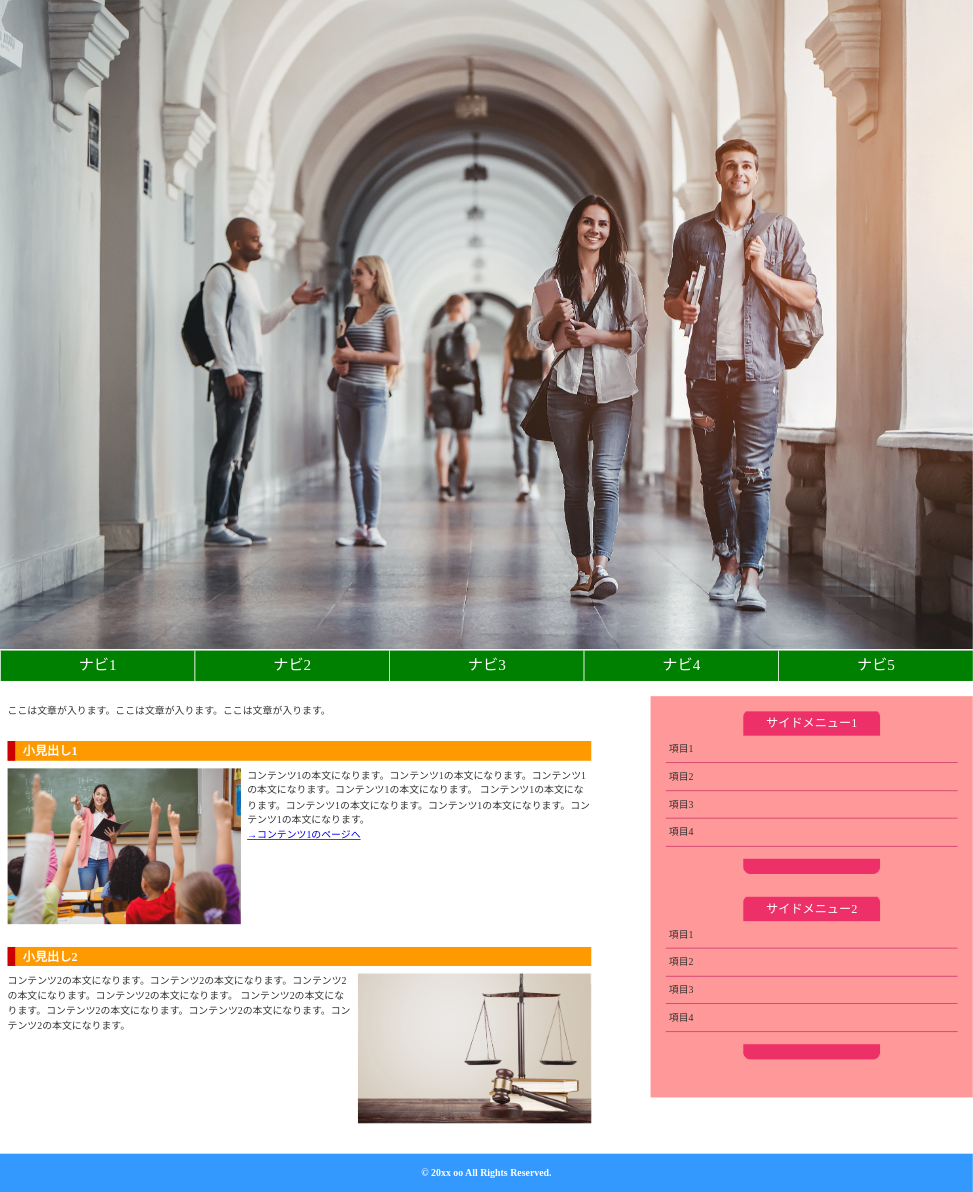
Repository: BenBen-san/Typing-Game
Page: 2nd Trial/home2.html
The author's editor kept a record of every edit. The page is drawn from the files as they stood at one moment, then again after the next edit.
The browser window is 1280 px wide. The pictures show the whole page, at 76% of full size.

Above is the page before.

### 2nd Trial/home2.html
<!DOCTYPE html>
<html lang="ja">
    <head>
        <meta charset="utf-8">
        <title>HTML/CSSの学習</title>
        <link rel="stylesheet" href="stylesheet2.css">

    </head>
    <body>

            <div id="header">
                <h1><a href="index.html">
                <img id="corridor" src="corridor.jpg" alt="大学の廊下" /></a></h1>
            </div>
            <div id="wrapper">
                <div id="nav">
                    <ul>
                        <li><a href="home.html">ナビ1</a></li>
                        <li><a href="#">ナビ2</a></li>
                        <li><a href="#">ナビ3</a></li>
                        <li><a href="#">ナビ4</a></li>
                        <li><a href="#">ナビ5</a></li>
                    </ul>
                </div>

                <div id="container">
                    <div id="main">
                        <div class="post">
                            <p>ここは文章が入ります。ここは文章が入ります。ここは文章が入ります。</p>
                        </div>
                        <div class="post clearfix">
                            <h2>小見出し1</h2>
                            <img class="left" src="classroom.jpg" alt="授業風景" />
                            <p>
                                コンテンツ1の本文になります。コンテンツ1の本文になります。コンテンツ1の本文になります。コンテンツ1の本文になります。
                                コンテンツ1の本文になります。コンテンツ1の本文になります。コンテンツ1の本文になります。コンテンツ1の本文になります。
                            </p>
                            <p><a href="#">→コンテンツ1のページへ</a></p>
                        </div>

                        <div class="post clearfix">
                            <h2>小見出し2</h2>
                            <img class="right" src="scale.jpg" alt="天秤" />
                            <p>
                                コンテンツ2の本文になります。コンテンツ2の本文になります。コンテンツ2の本文になります。コンテンツ2の本文になります。
                                コンテンツ2の本文になります。コンテンツ2の本文になります。コンテンツ2の本文になります。コンテンツ2の本文になります。
                            </p>
                        </div>
                    </div>

                    <div id="side">
                        <div class="box">
                            <h2>サイドメニュー1</h2>
                            <div class="boxBody">
                                <ul>
                                    <li>項目1</li>
                                    <li>項目2</li>
                                    <li>項目3</li>
                                    <li>項目4</li>
                                </ul>
                            </div>
                        </div>
                        <div class="box">
                            <h2>サイドメニュー2</h2>
                            <div class="boxBody">
                                <ul>
                                    <li>項目1</li>
                                    <li>項目2</li>
                                    <li>項目3</li>
                                    <li>項目4</li>
                                </ul>
                            </div>
                        </div>
                    </div>
                </div>
            </div>
            <div id=footer>
                <p>&copy; 20xx oo All Rights Reserved.</p>
            </div>

    </body>
</html>

### 2nd Trial/stylesheet2.css
@charset "utf-8";

body{
    margin: 0;
    padding: 0;
    font-family: "ヒラギノ角ゴ Pro W3", "Hiragino Kaku Gothic Pro", "メイリオ", Meiryo, Osaka, "MS Pゴシック", "MS PGothic", snns-serif;
    color: #333;
    font-size: 13px;
    line-height: 150%;
}

/* -------- wrapper ---------- */

#wrapper{
    width: 100%;
    margin: auto;
    padding: 0px;
    border: 0px;
    background-color: #FFF;
}

/* -------- header ---------- */

#header{
    width: 100%;
}

#header h1{
    margin: 0;
    padding: 0;
}

#corridor{
    width: 100%;
    height: auto;
}

/* -------- footer ---------- */

#footer{
    clear: both;
    width: 100%;
    padding: 3px 0 3px 0;
    background-color: #39F;
    color: #FFF;
    font-weight: bold;
    text-align: center;
}

/* -------- navigation ---------- */

#nav{
    width: 100%;
}

#nav ul{
    box-sizing: border-box;
    margin: 0;
    padding: 0;
    list-style-type: none;
}

#nav ul li{
    float: left;
    width: 20%;
    text-align: center;
}

#nav ul li a{
    display: block;
    height: 20px;
    margin: 0;
    padding: 10px;
    color: #FFF;
    font-size: 20px;
    text-decoration: none;
    background-color: green;
    border-left: 1px solid white;
}

#navi ul li:first-child{
    border-left: none;
}

/* -------- container ---------- */

#container{
    width: 100%;
    margin: auto;
    padding-top: 20px;
    clear: both;
}

/* -------- main ---------- */
#main{
    float: left;
    width: 60%;
    padding: 10px 30px 10px 10px;
}

#main h2{
    margin: 0 0 10px 0;
    padding: 3px 10px 3px 10px;
    color: #FFF;
    font-size: 16px;
    border-left: solid 10px #C00;
    background-color: #F90;
}

#main p{
    margin: 0;
    padding: 0;
}


#main .post{
    margin: 0 0 30px 0;
}


#main .post img.right{
    margin: 0 0 0 8px;
}

#main .post img.left{
    margin: 0 8px 0 0;
}

.right{
    float: right;
    width: 40%;
    height: auto;
}

.left{
    float: left;
    width: 40%;
    height: auto;
}

/* -------- clearfix ---------- */

.clearfix{
    zoom: 1;
}

.clearfix:after{
    content: "";
    display: block;
    clear: both;
}

/* -------- side ---------- */

#side{
    float: right;
    width: 30%;
    padding: 20px;
    background-color: #F99;
}

#side .box{
    margin: 0 auto 30px 0;
    padding: 0 0 20px 0;
    background: url(side_box.png) bottom no-repeat;
}

#side .box h2{
    margin: 0;
    padding: 8px;
    text-align: center;
    color: #FFF;
    font-size: 16px;
    line-height: 16px;
    font-weight: normal;
    background: url(side_box_h2.png) center no-repeat;
}

#side .box .boxbody{
    padding: 8px;
    border-right: solid 1px #C36;
    border-bottom: solid 1px #C36;
    border-left: solid 1px #C36;
    background: #FFF;
}

#side .box .boxBody ul{
    margin: 0 0 16px 0;
    padding: 0;
}

#side .box .boxBody ul li{
    padding: 8px 0 8px 4px;
    list-style: none;
    border-bottom: solid 1px #C36;
}

After the next edit:
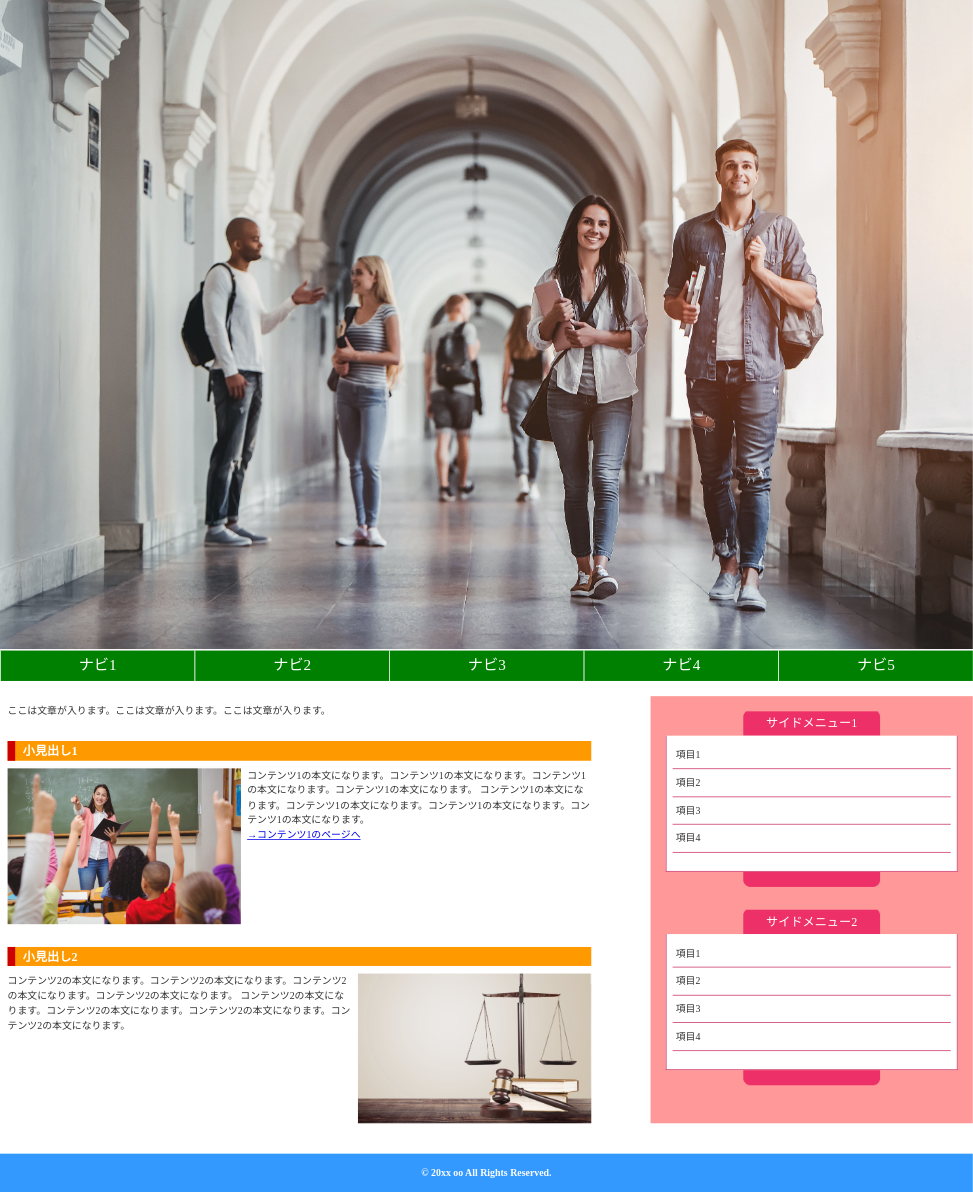
The edit:
--- a/2nd Trial/stylesheet2.css
+++ b/2nd Trial/stylesheet2.css
@@ -176,7 +176,7 @@
     background: url(side_box_h2.png) center no-repeat;
 }
 
-#side .box .boxbody{
+#side .box .boxBody{
     padding: 8px;
     border-right: solid 1px #C36;
     border-bottom: solid 1px #C36;
